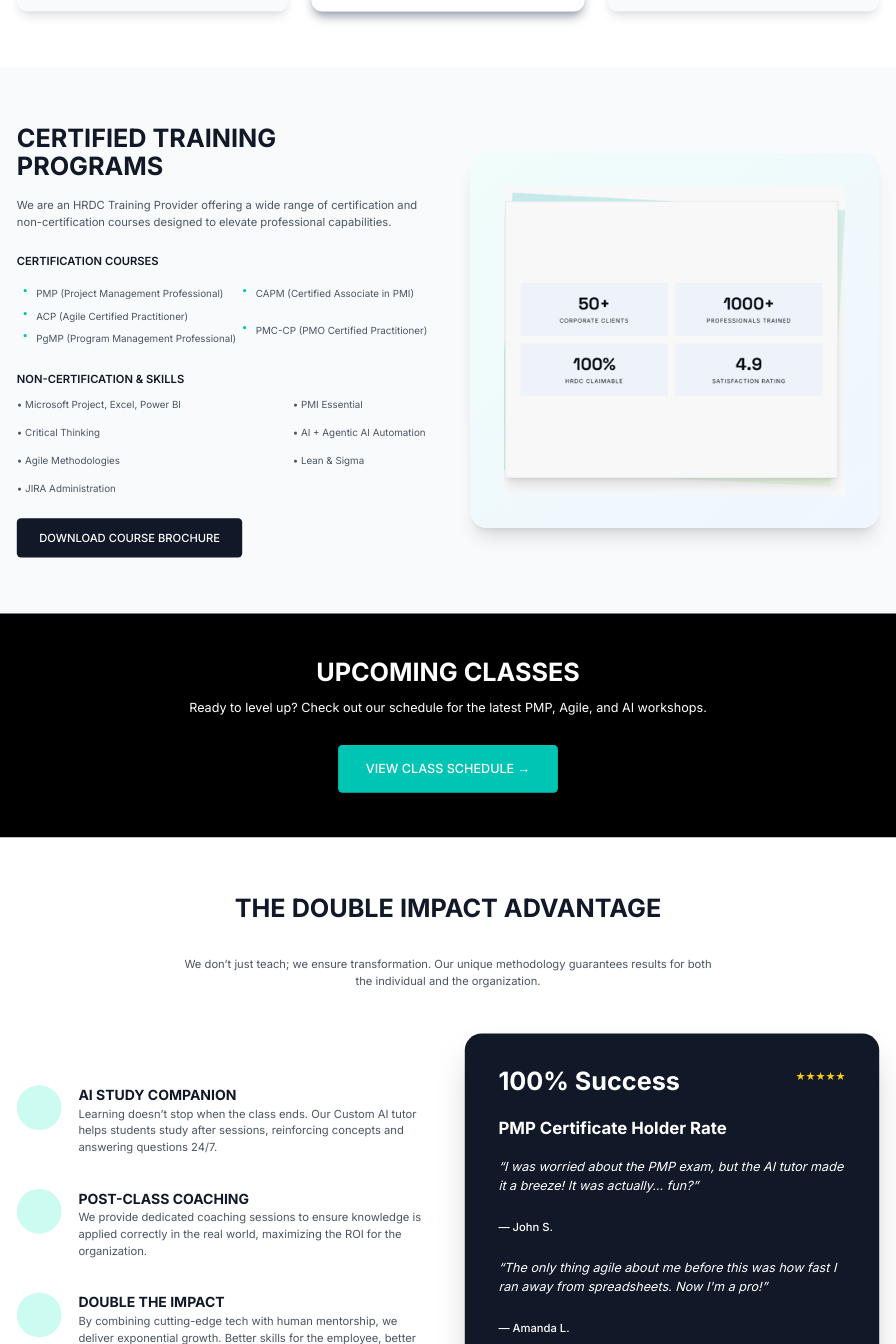
Repository: hsuntariq/web-pages
Page: impact/index.html
These files come from the project's save history. The page is drawn as it stood at one moment and after the next save; the edit follows.
The browser window is 1280 px wide. The pictures show the part of the page from y = 1268 to 3188 px (the page is 3989 px tall), at 70% of full size.
Some web libraries are served in a nearby version.

Above is the page before, as saved 2025-12-28 20:37:34.

After the next save:
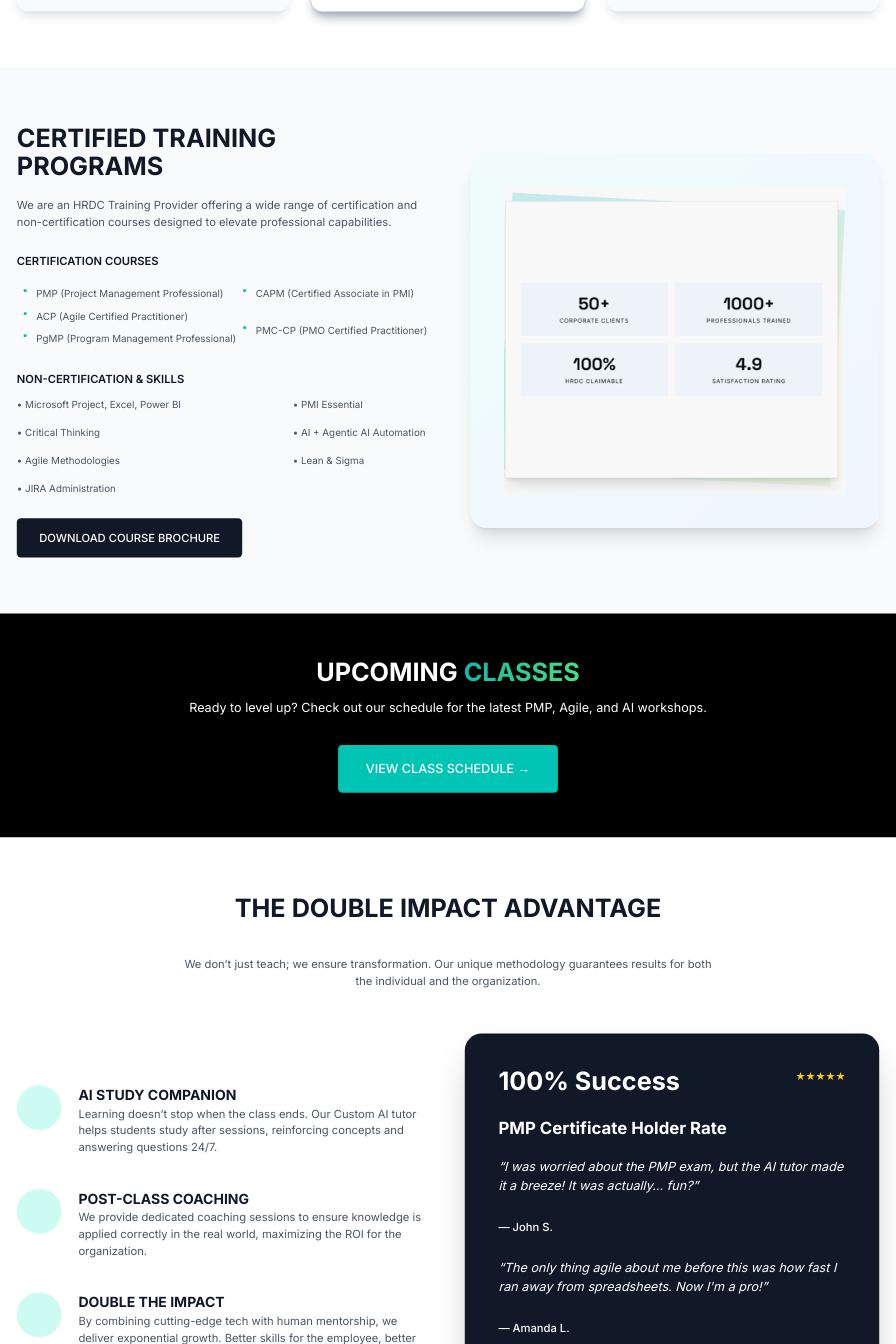
Saved 49 s later.
--- a/impact/index.html
+++ b/impact/index.html
@@ -288,7 +288,14 @@
     <!-- Upcoming Classes -->
     <section class="py-16 bg-black text-white text-center">
       <div class="max-w-7xl mx-auto px-6">
-        <h2 class="text-4xl font-bold mb-4">UPCOMING CLASSES</h2>
+        <h2 class="text-4xl font-bold mb-4">
+          UPCOMING
+          <span
+            class="bg-gradient-to-r text-transparent from-teal-500 bg-clip-text to-green-400"
+          >
+            CLASSES
+          </span>
+        </h2>
         <p class="text-lg mb-10">
           Ready to level up? Check out our schedule for the latest PMP, Agile,
           and AI workshops.
